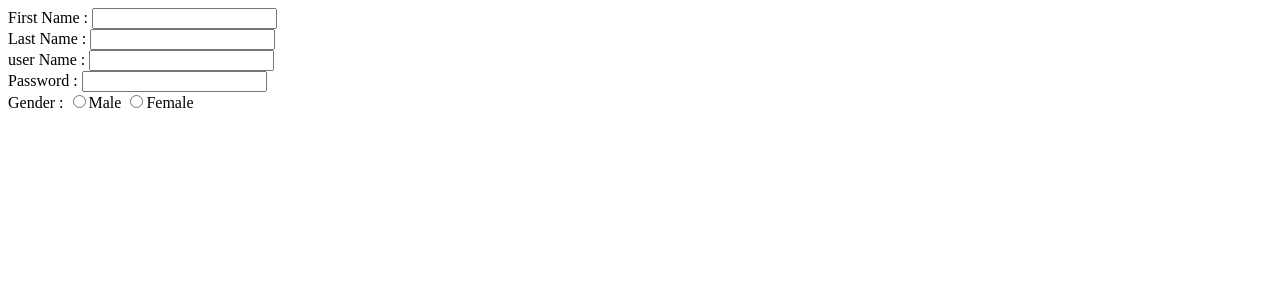
Repository: Deepali-Gobare/Advance_Java_Practice
Page: MyTestServlate/src/main/webapp/registrationform.html
These files come from the project's save history. The page is drawn as it stood at one moment and after the next save; the edit follows.
The browser window is 1280 px wide. The pictures show the whole page.

Above is the page before, as saved 2024-11-20 12:47:00.

### MyTestServlate/src/main/webapp/registrationform.html
<!DOCTYPE html>
<html>
<head>
<meta charset="UTF-8">
<title>Insert title here</title>
</head>
<body>
       <form method="post" action="register" >
        First Name : <input type="text" name="fname" id="fnm"><br>
 Last Name : <input type="text" name="lname" id="lnm"><br>
 user Name : <input type="text" name="uname" id="unm"><br>
 Password : <input type="password" name="passwd" id="pnm"><br>
 Gender : <input type="radio" name="gender" id="male" value="male"><label for="male">Male</label>
 <input type="radio" name="gender" id="female" value="female"><label for="female">Female</label><br>

       </form>

</body>
</html>

After the next save:
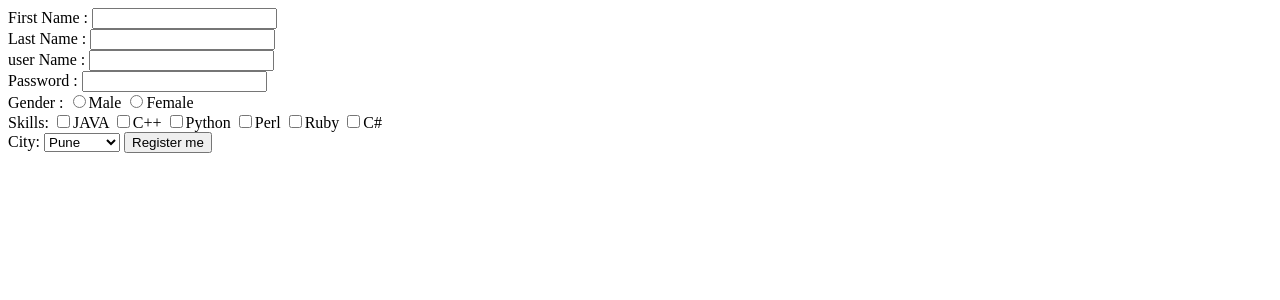
Saved 6 min 20 s later.
--- a/MyTestServlate/src/main/webapp/registrationform.html
+++ b/MyTestServlate/src/main/webapp/registrationform.html
@@ -7,11 +7,25 @@
 <body>
        <form method="post" action="register" >
         First Name : <input type="text" name="fname" id="fnm"><br>
- Last Name : <input type="text" name="lname" id="lnm"><br>
- user Name : <input type="text" name="uname" id="unm"><br>
- Password : <input type="password" name="passwd" id="pnm"><br>
- Gender : <input type="radio" name="gender" id="male" value="male"><label for="male">Male</label>
- <input type="radio" name="gender" id="female" value="female"><label for="female">Female</label><br>
+ 		Last Name : <input type="text" name="lname" id="lnm"><br>
+ 		user Name : <input type="text" name="uname" id="unm"><br>
+		Password : <input type="password" name="passwd" id="pnm"><br>
+ 		Gender : <input type="radio" name="gender" id="male" value="male"><label for="male">Male</label>
+ 		<input type="radio" name="gender" id="female" value="female"><label for="female">Female</label><br>
+ 		Skills: <input type="checkbox" name="skills" id="java" value="java"><label for="java">JAVA</label>
+ 		<input type="checkbox" name="skills" id="C++" value="C++"><label for="C++">C++</label>
+ 		<input type="checkbox" name="skills" id="python" value="python"><label for="python">Python</label>
+ 		<input type="checkbox" name="skills" id="perl" value="perl"><label for="perl">Perl</label>
+ 		<input type="checkbox" name="skills" id="Ruby" value="ruby"><label for="ruby">Ruby</label>
+ 		<input type="checkbox" name="skills" id="C#" value="C#"><label for="C#">C#</label><br>
+ 		City:
+    	 <select name="city" id="city">
+         	<option value="pune">Pune</option>
+         	<option value="mumbai">Mumbai</option>
+         	<option value="Goa">Goa</option>
+         	<option value="Banglore">Banglore</option>
+     	</select>
+     	<button type="submit" name="btn" id="btn" value="register">Register me</button>
 
        </form>
 
